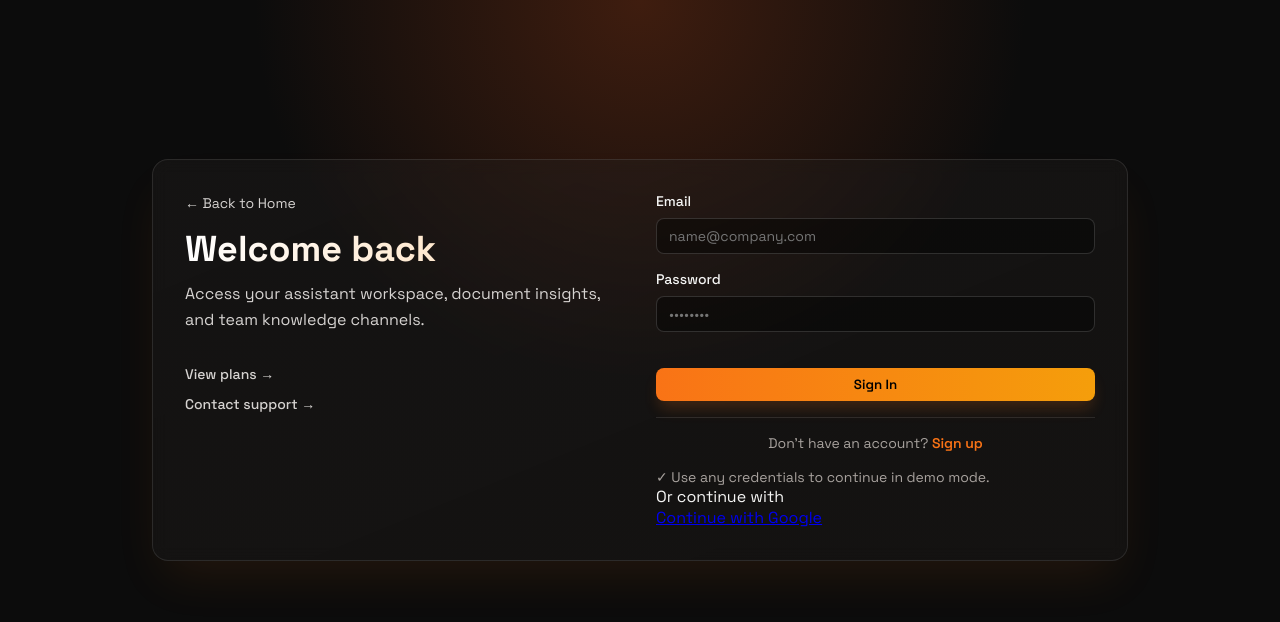
Repository: 4hmedshanu/RAG_Project_collage
Page: http://localhost/loginpage
The author's editor kept a copy of each file at every save. The page is drawn from the files as they stood at one save, then again after the next save.
The browser window is 1280 px wide. The pictures show the whole page.
The page is this project's Thymeleaf template; nobody is signed in. The template is opened directly, without the code that normally fills it, so the values that code supplies are empty.

Above is the page before, as saved 2026-06-01 22:09:47.

After the next save:
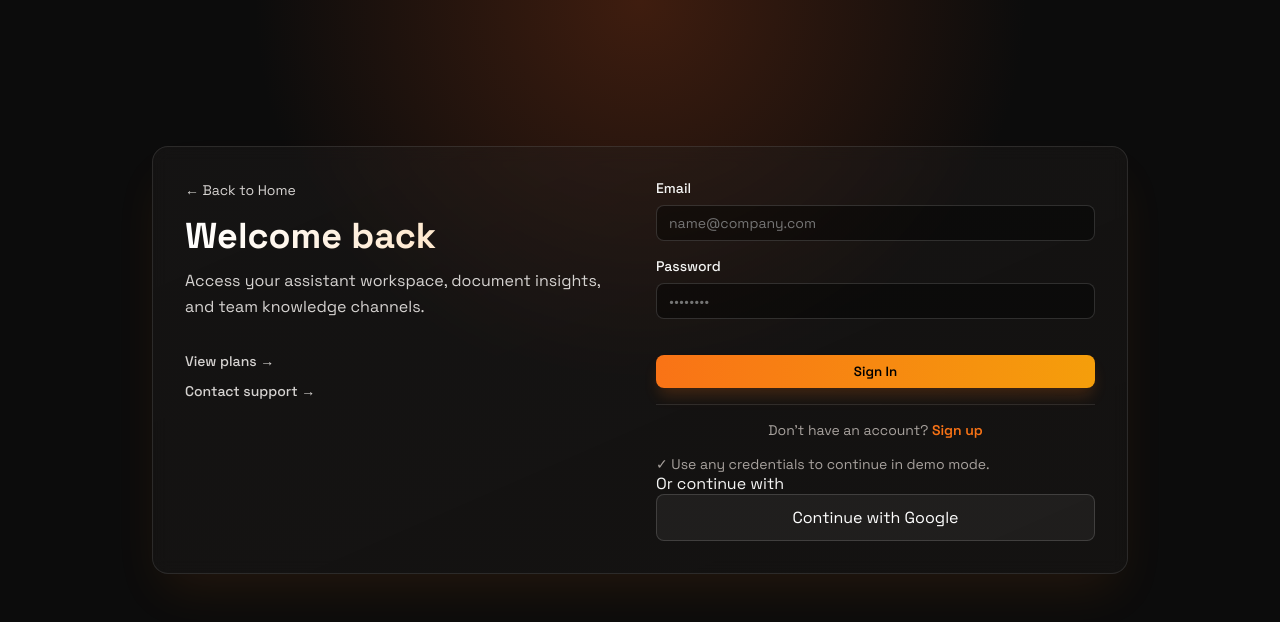
Saved 58 s later.
--- a/frontenddoc/src/main/resources/static/css/loginpage.css
+++ b/frontenddoc/src/main/resources/static/css/loginpage.css
@@ -193,6 +193,28 @@ body {
   color: var(--stone-400);
 }
 
+.btn-sso{
+  display:flex;
+  justify-content:center;
+  align-items:center;
+  width:100%;
+  padding:12px;
+  border-radius:8px;
+  border:1px solid var(--white-15);
+  background:rgba(255,255,255,0.05);
+  color:white;
+  text-decoration:none;
+  cursor:pointer;
+  transition:0.3s;
+}
+
+.btn-sso:hover{
+  border-color:var(--brand);
+  background:rgba(249,115,22,0.1);
+}
+
+
+
 /* JavaScript Dynamic Classes */
 .text-error { color: #f87171; }
 .text-success { color: #34d399; }
